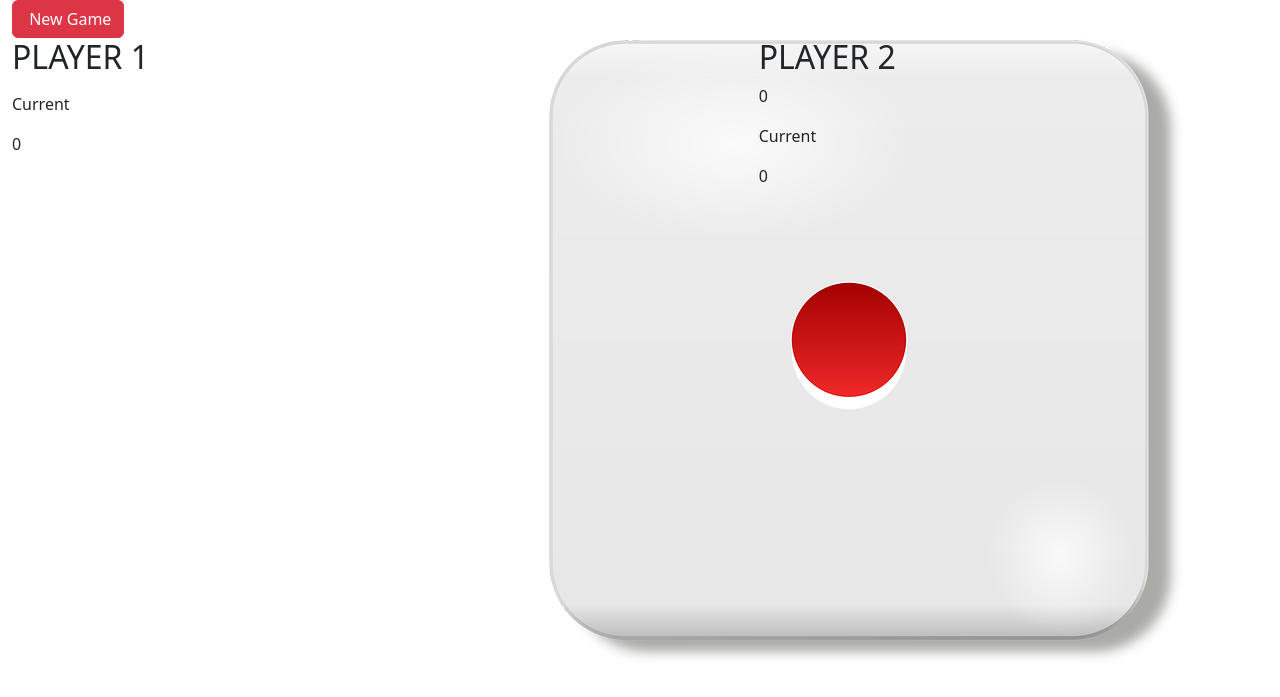
Repository: haifabilel/Eval_JAVASCRIPT
Page: index.html
An editor plug-in stored every save of this project. The page is shown before and after a run of saves, followed by the edit.
The browser window is 1280 px wide. The pictures show the whole page.
Some icons come from a web library that is not loaded, so they are not drawn. Some web libraries are served in a nearby version.

Above is the page before, as saved 2023-06-01 18:00:13.

### index.html
<!DOCTYPE html>
<html lang="fr">
<head>
    <meta charset="UTF-8">
    <meta http-equiv="X-UA-Compatible" content="IE=edge">
    <meta name="viewport" content="width=device-width, initial-scale=1.0">
    <title>GameEval</title>
    <!-- Bootstrap -->
    <link href="https://cdn.jsdelivr.net/npm/bootstrap@5.3.0-alpha3/dist/css/bootstrap.min.css" rel="stylesheet" integrity="sha384-KK94CHFLLe+nY2dmCWGMq91rCGa5gtU4mk92HdvYe+M/SXH301p5ILy+dN9+nJOZ" crossorigin="anonymous">
    <!-- Bootstrap icons CSS -->
    <link rel="stylesheet" href="https://cdn.jsdelivr.net/npm/bootstrap-icons@1.6.1/font/bootstrap-icons.css">
    <!-- font awesome cdn link-->
    <link rel="stylesheet" href="https://cdnjs.cloudflare.com/ajax/libs/font-awesome/6.3.0/css/all.min.css" integrity="sha512-SzlrxWUlpfuzQ+pcUCosxcglQRNAq/DZjVsC0lE40xsADsfeQoEypE+enwcOiGjk/bSuGGKHEyjSoQ1zVisanQ==" crossorigin="anonymous" referrerpolicy="no-referrer">
    <!-- CSS Link -->
    <link rel="stylesheet" href="style.css">
</head>
<body>
    <div class="container-fluid" >
     <header>
         <button class="btn btn_newGame btn-danger"><i class="fa-sharp fa-solid fa-plus-large"></i> New Game</button>
    </header>
    <main>
        <div class="row">
            <!-- Player One  -->
            <div class="col-sm-5 mx-auto">
                <section class="player player_0 player_active">
                    <h2 class="label" id="label_0">PLAYER 1</h2>
                    <p class="score" id="score_0" ></p>
                    <div class="current">
                        <p class="current_label">Current</p>
                        <p class="current_score" id="current_0">0</p>
                    </div>
                </section>
            </div>
            <!-- Dice image -->
            <div class="col-sm-2 mx-auto">
                <img src="/asset//dice1.png" alt="imageDice" class="dice">
            </div>
             <!-- Player Tow  -->
             <div class="col-sm-5 mx-auto">
                <section class="player player_1">
                    <h2 class="label" id="label_1">PLAYER 2</h2>
                    <p class="score" id="score_1">0</p>
                    <div class="current">
                        <p class="current_label">Current</p>
                        <p class="current_score" id="current_1">0</p>
                    </div>
                </section>
             </div>
        </div>
    </main>
    </div>


    <script src="https://code.jquery.com/jquery-3.5.1.slim.min.js" integrity="sha384-DfXdz2htPH0lsSSs5nCTpuj/zy4C+OGpamoFVy38MVBnE+IbbVYUew+OrCXaRkfj" crossorigin="anonymous"></script>
    <script src="https://cdn.jsdelivr.net/npm/popper.js@1.16.0/dist/umd/popper.min.js" integrity="sha384-Q6E9RHvbIyZFJoft+2mJbHaEWldlvI9IOYy5n3zV9zzTtmI3UksdQRVvoxMfooAo" crossorigin="anonymous"></script>
    <script src="https://cdn.jsdelivr.net/npm/bootstrap@5.3.0-alpha3/dist/js/bootstrap.bundle.min.js" integrity="sha384-ENjdO4Dr2bkBIFxQpeoTz1HIcje39Wm4jDKdf19U8gI4ddQ3GYNS7NTKfAdVQSZe" crossorigin="anonymous"></script>
    <script src="script.js"></script>
</body>
</html>

Loaded but not shown: script.js (no copy from this time; the picture is the same without it); style.css (no copy from this time; the picture is the same without it)

After the next 5 saves:
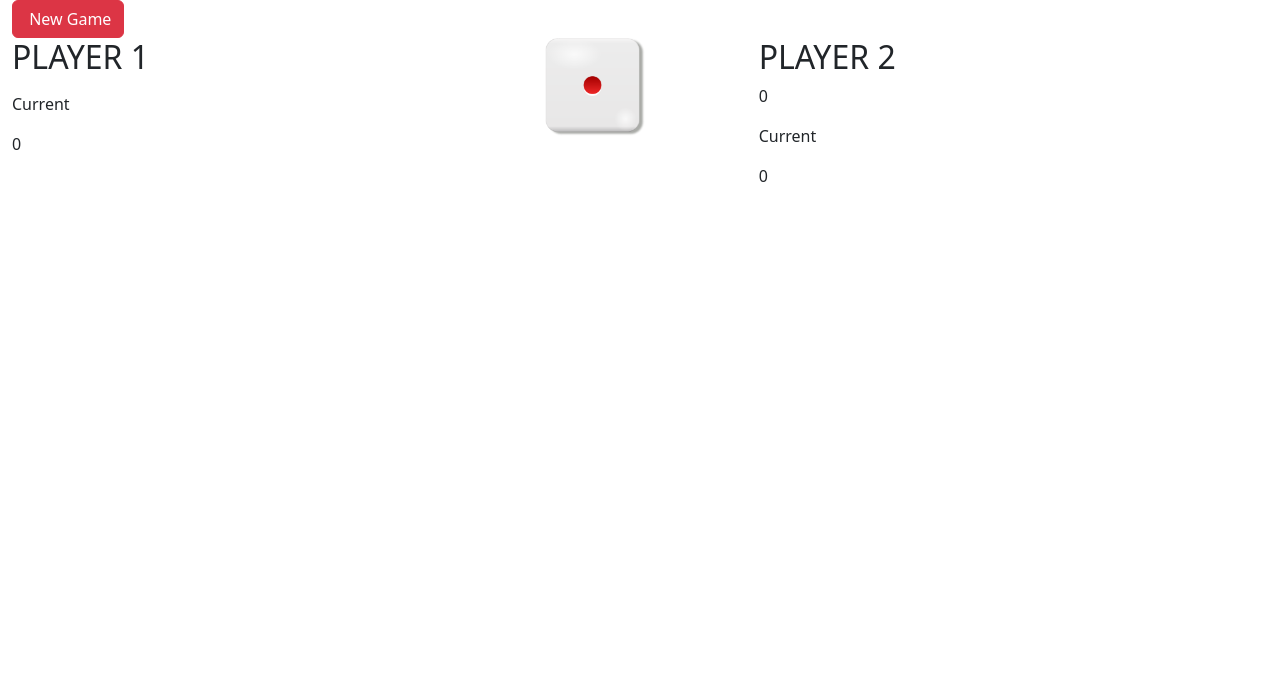
The 5 saves are shown as one change because they came seconds apart.
The last was saved 2 min 6 s later.
--- a/index.html
+++ b/index.html
@@ -34,7 +34,7 @@
             </div>
             <!-- Dice image -->
             <div class="col-sm-2 mx-auto">
-                <img src="/asset//dice1.png" alt="imageDice" class="dice">
+                <img src="/asset//dice1.png" alt="imageDice" class="dice" style="width: 100px;">
             </div>
              <!-- Player Tow  -->
              <div class="col-sm-5 mx-auto">
